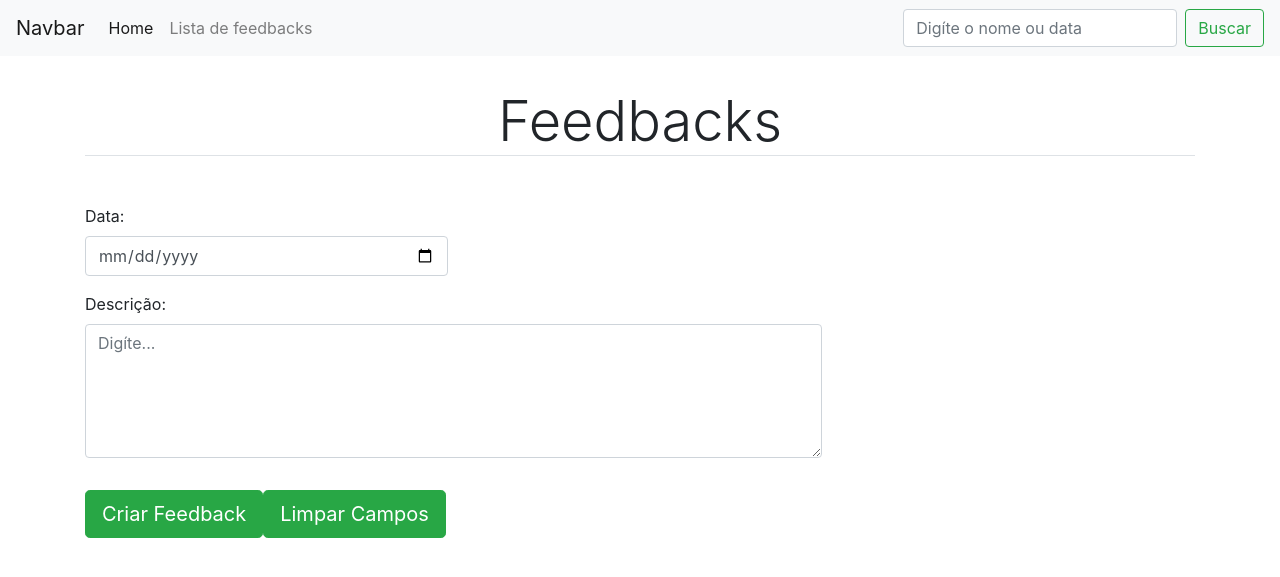
Repository: JulioSantooz/maisViagensSegundaVersao
Page: java-web(eclipse)/java-crud-mais-viagens/src/main/webapp/descricao.html
An editor plug-in stored every save of this project. The page is shown before and after the next save, followed by the edit.
The browser window is 1280 px wide. The pictures show the whole page.
Some web libraries are served in a nearby version.

Above is the page before, as saved 2022-02-06 15:25:37.

### java-web(eclipse)/java-crud-mais-viagens/src/main/webapp/descricao.html
<!DOCTYPE html>
<html>
<head>
<meta charset="ISO-8859-1">
<link rel="stylesheet" href="https://maxcdn.bootstrapcdn.com/bootstrap/4.0.0/css/bootstrap.css">
<title>+Viagens - Feedbacks</title>
</head>
<body>

<nav class="navbar navbar-expand-lg navbar-light bg-light">
  <a class="navbar-brand" href="#">Navbar</a>
  <button class="navbar-toggler" type="button" data-toggle="collapse" data-target="#navbarSupportedContent" aria-controls="navbarSupportedContent" aria-expanded="false" aria-label="Toggle navigation">
    <span class="navbar-toggler-icon"></span>
  </button>

  <div class="collapse navbar-collapse" id="navbarSupportedContent">
    <ul class="navbar-nav mr-auto">
      <li class="nav-item active">
        <a class="nav-link" href="index.html">Home <span class="sr-only">(current)</span></a>
      </li>
      <li class="nav-item">
        <a class="nav-link" href="#">Lista de feedbacks</a>
      </li>
    </ul>
    <form class="form-inline my-2 my-lg-0">
      <input name="pesquisa" class="form-control mr-sm-2" type="search" placeholder="Digíte o nome ou data" aria-label="Search">
      <button class="btn btn-outline-success my-2 my-sm-0" type="submit">Buscar</button>
    </form>
  </div>
</nav>

<main class="container text-center mt-3">
	<div class="row">
		<div class="col-12">
			<h1 class="display-4 my-3 border-bottom">Feedbacks</h1>
			<form action="CreateAndFind" method="POST">
                <div class="form-row mt-5 d-flex flex-column">
                    <div class="form-group col-4">
                        <label for="" class="float-left">Data:</label>
                        <input name="data" type="date" class="form-control" id="">
                    </div>
                    <div class="form-group col-8">
                        <label for="" class="float-left">Descrição:</label>
                        <textarea name="descricao" maxlength="300" class="form-control" id="" rows="5" placeholder="Digíte..."></textarea>
                    </div>
                </div>
                <button type="submit" class="btn btn-lg btn-success my-3 float-left">Criar Feedback</button>
                <button type="reset" class="btn btn-lg btn-success my-3 float-left">Limpar Campos</button>
            </form>
		</div>
	</div>
</main>


<script src="https://code.jquery.com/jquery-3.2.1.slim.min.js"></script>
<script src="https://cdnjs.cloudflare.com/ajax/libs/popper.js/1.12.9/umd/popper.min.js"></script>
<script src="https://maxcdn.bootstrapcdn.com/bootstrap/4.0.0/js/bootstrap.js"></script>

</body>
</html>

After the next save:
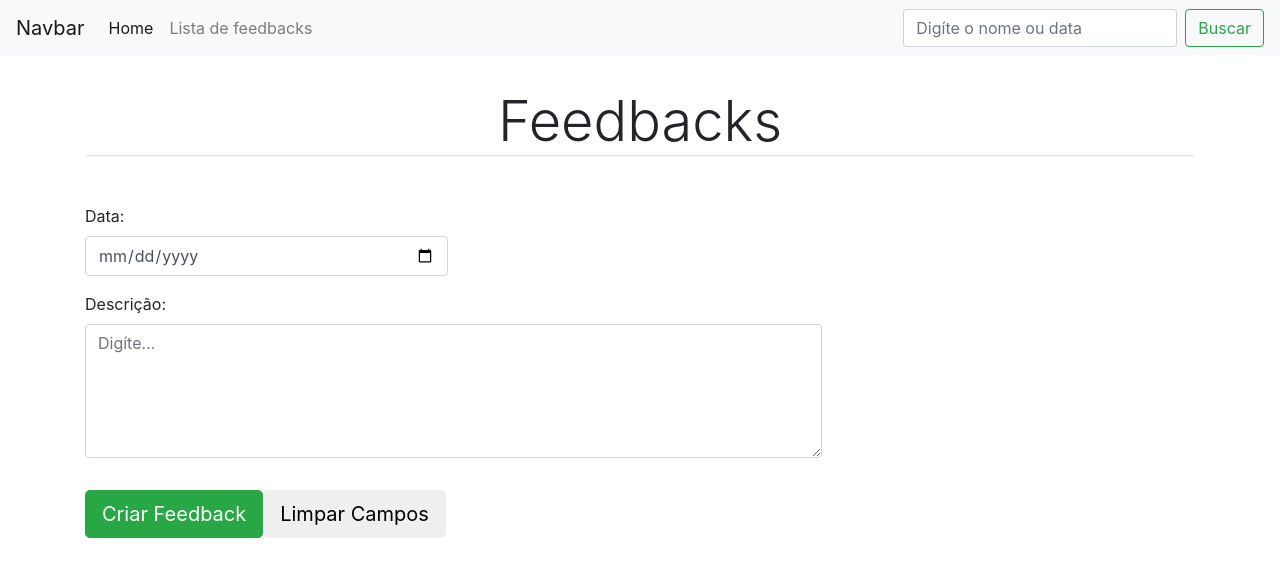
Saved 9 s later.
--- a/java-web(eclipse)/java-crud-mais-viagens/src/main/webapp/descricao.html
+++ b/java-web(eclipse)/java-crud-mais-viagens/src/main/webapp/descricao.html
@@ -45,7 +45,7 @@
                     </div>
                 </div>
                 <button type="submit" class="btn btn-lg btn-success my-3 float-left">Criar Feedback</button>
-                <button type="reset" class="btn btn-lg btn-success my-3 float-left">Limpar Campos</button>
+                <button type="reset" class="btn btn-lg btn-secundary my-3 float-left">Limpar Campos</button>
             </form>
 		</div>
 	</div>
